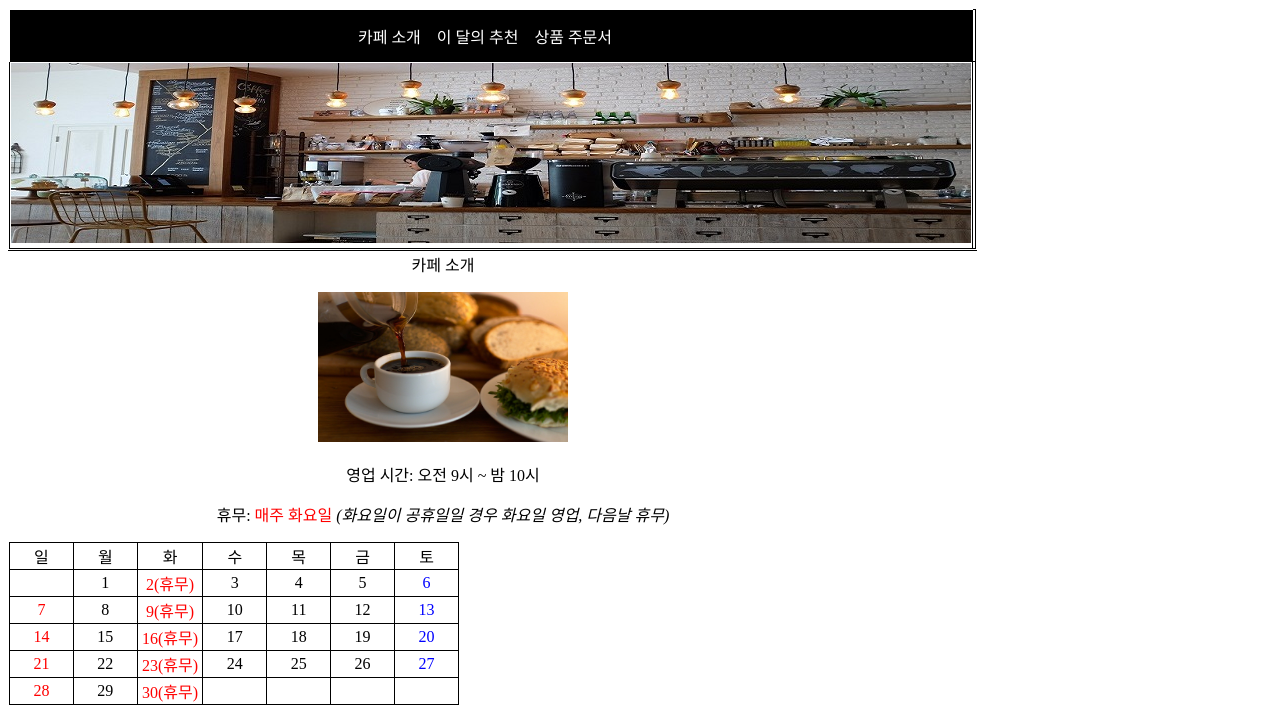
Repository: jpg723/Assignment
Page: http://localhost/mid/
The author's editor kept a copy of each file at every save. The page is drawn from the files as they stood at one save, then again after the next save.
The browser window is 1280 px wide. The pictures show the whole page.
The page is served by Tomcat 9.

Above is the page before, as saved 2021-11-01 12:13:33.

### 웹프로그래밍/mid/src/main/webapp/index.jsp
<%@ page language="java" contentType="text/html; charset=UTF-8"
    pageEncoding="UTF-8"%>
<!DOCTYPE html>
<html>
<head>
<meta charset="UTF-8">
<style>
	td.t1{
		margin: 100px;
		padding-right: 100px
	}
	td.t2 {
		margin: 100px;
		padding: 50px
	}
	tr{
		border-style: hidden;
	}
	table.t{
		border-style: hidden;
	}
</style>
<title>NAMOO Cafe</title>
</head>
<body>
<table class="t">
	<tr>
		<td><%@include file="header.jsp" %></td>
	</tr>
	<tr>
		<td class="t1">
			카페 소개
			<p><img src="images/coffee1.jpg" width="250" height="150">
			<p>영업 시간: 오전 9시 ~ 밤 10시
			<p>휴무:
			<span style="color: red;">매주 화요일</span>
			<span style=" font-style: italic;">(화요일이 공휴일일 경우 화요일 영업, 다음날 휴무)</span>
			<%@include file="calendar.jsp" %>
		</td>
	</tr>
</table>
</body>
</html>

### 웹프로그래밍/mid/src/main/webapp/header.jsp
<%@ page language="java" contentType="text/html; charset=UTF-8"
    pageEncoding="UTF-8"%>
<!DOCTYPE html>
<html>
<head>
<meta charset="UTF-8">
<style>
	table {
		border-collapse: collapse;

	}
	td.box{
		background-color: black;
		height: 50px;
		text-align: center;
		border-style: hidden;
	}
	tr{
		border-style: hidden;
	}
</style>
<title>header.jsp</title>
</head>
<body>
<div id = "div" align="center">
	<table>
		<tr>
			<td class="box">
				<a href="index.jsp" style="color: white; text-decoration : none;">카페 소개&nbsp;&nbsp;&nbsp;</a>
				<a href="#" style="color: white; text-decoration : none;">이 달의 추천&nbsp;&nbsp;&nbsp;</a>
				<a href="order.jsp" style="color: white; text-decoration : none;">상품 주문서&nbsp;&nbsp;&nbsp;</a>
			</td>
		</tr>
		<tr>
			<td><img src="images/header_s.jpg"><td>
		</tr>
	</table>
</div>
</body>
</html>

### 웹프로그래밍/mid/src/main/webapp/calendar.jsp
<%@ page language="java" contentType="text/html; charset=UTF-8"
    pageEncoding="UTF-8"%>
<%@ page import = "java.util.Calendar" %>
<!DOCTYPE html>
<html>
<head>
<meta charset="UTF-8">
<title>calendar.jsp</title>
<style>
	table{
		width: 450px;
	}

	table, tr, td{
		border-collapse: collapse;
		border: 0.5px solid black;
		text-align: center;
	}

	td {
		width: 35px;
	}
</style>
</head>
<body>
<%
	Calendar cal = Calendar.getInstance();
	int year = 2021;
	int month = 10;
	String[] arrWeek = {"일","월","화","수","목","금","토"};

	cal.set(Calendar.YEAR, year);
	cal.set(Calendar.MONTH, month - 1);
	cal.set(Calendar.DATE, 4);

	int end = cal.getActualMaximum(Calendar.DAY_OF_MONTH);
	int day = cal.get(Calendar.DAY_OF_WEEK);

	out.println("<table>" );

	out.println("<tr>" );
	for (int i = 0; i < arrWeek.length; i++){

		if(i % 7 == 0)
			out.print("<td class= c2>" + arrWeek[i] + "</td>");

		else if(i % 6 == 0)
			out.print("<td class= c1>" + arrWeek[i] + "</td>");

		else
			out.print("<td class= c3>"+ arrWeek[i] + "</td>");

	}
	out.println("</tr>" );

	for(int j = 1; j < day; j++){
		out.println("<td></td>");
	}

	for(int i = 1; i < end; i++){

		if(i % 7 == 6)
			out.println("<td style='color: blue'>" + i + "</td>");

		else if(i % 7 == 0)
			out.println("<td style='color: red'>" + i + "</td>");

		else if(i % 7 == 2)
			out.println("<td style='color: red'>" + i + "(휴무)" + "</td>");

		else
			out.println("<td style='color: black'>" + i + "</td>");

		if(day % 7 == 0){
			out.println("<tr></tr>");
		}
		day++;
	}

	for(int j = 1; j < 5; j++){
		out.println("<td></td>");
	}

	out.println("</table>");
%>

</body>
</html>

After the next save:
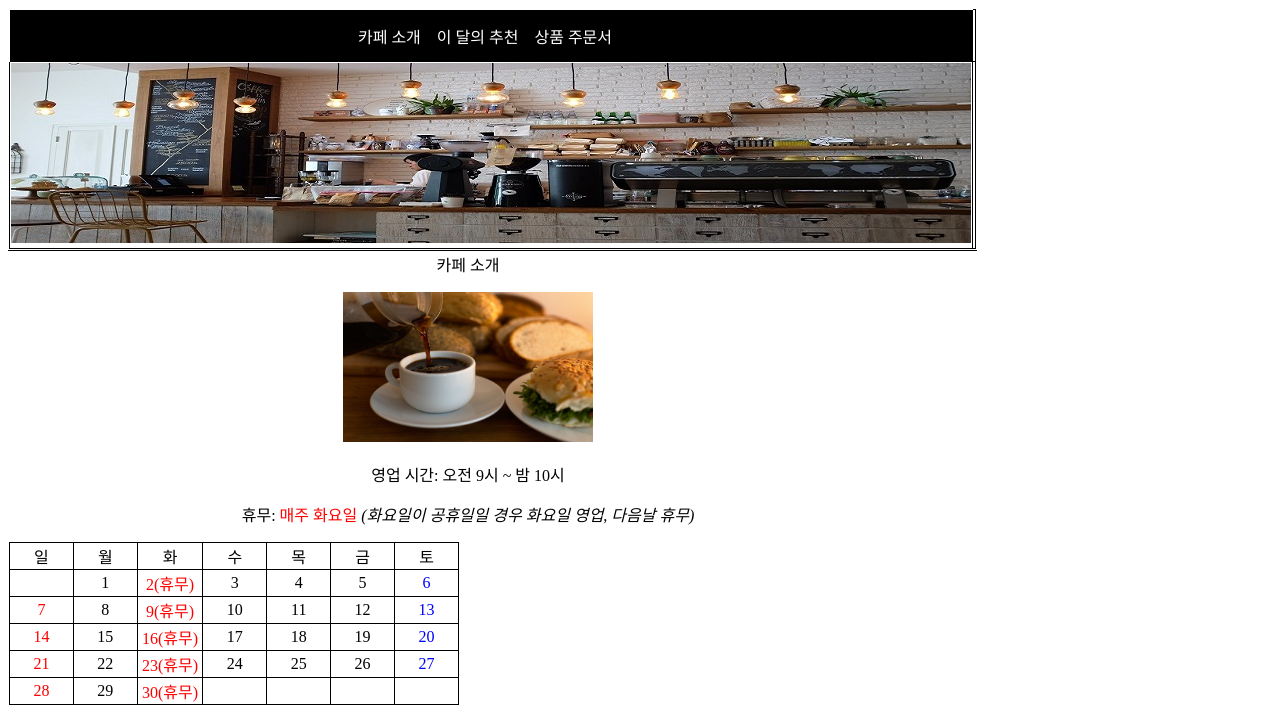
Saved 13 s later.
--- a/웹프로그래밍/mid/src/main/webapp/index.jsp
+++ b/웹프로그래밍/mid/src/main/webapp/index.jsp
@@ -7,7 +7,7 @@
 <style>
 	td.t1{
 		margin: 100px;
-		padding-right: 100px
+		padding-right: 50px
 	}
 	td.t2 {
 		margin: 100px;
